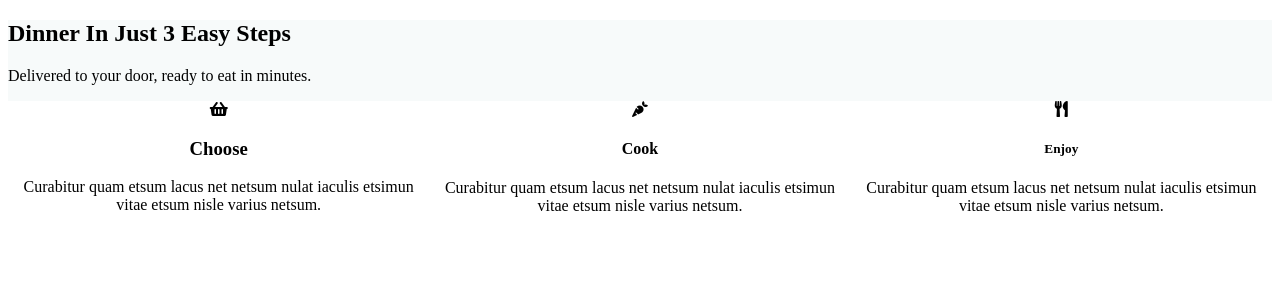
Repository: ST-United-Internship/leadpage
Page: wrapper-UI.html
An editor plug-in stored every save of this project. The page is shown before and after the next save, followed by the edit.
The browser window is 1280 px wide. The pictures show the whole page.
The pointer rests on the first visible `.card-wrapper`.

Above is the page before, as saved 2023-03-15 13:44:22.

After the next save:
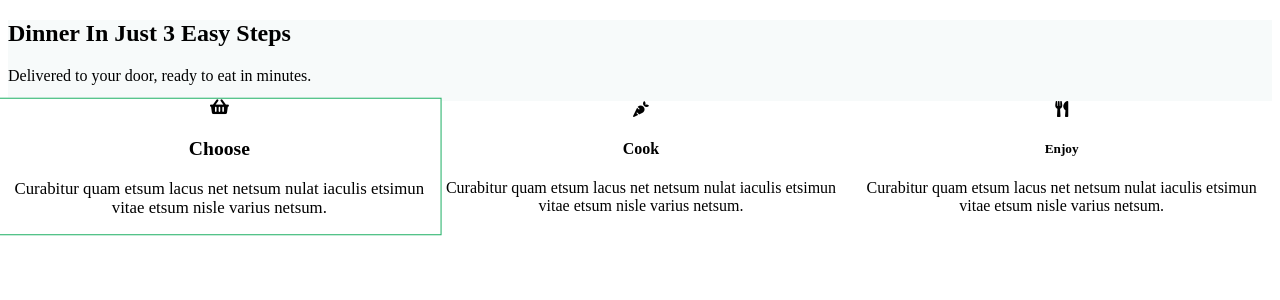
Saved 42 s later.
--- a/css/wrapper-UI.css
+++ b/css/wrapper-UI.css
@@ -50,3 +50,8 @@
     background-color: #FFF;
     text-align: center;
 }
+
+.card-wrapper:hover{
+    border: 1px solid #27b36a;
+    transform: scale(1.05, 1.05);
+}
